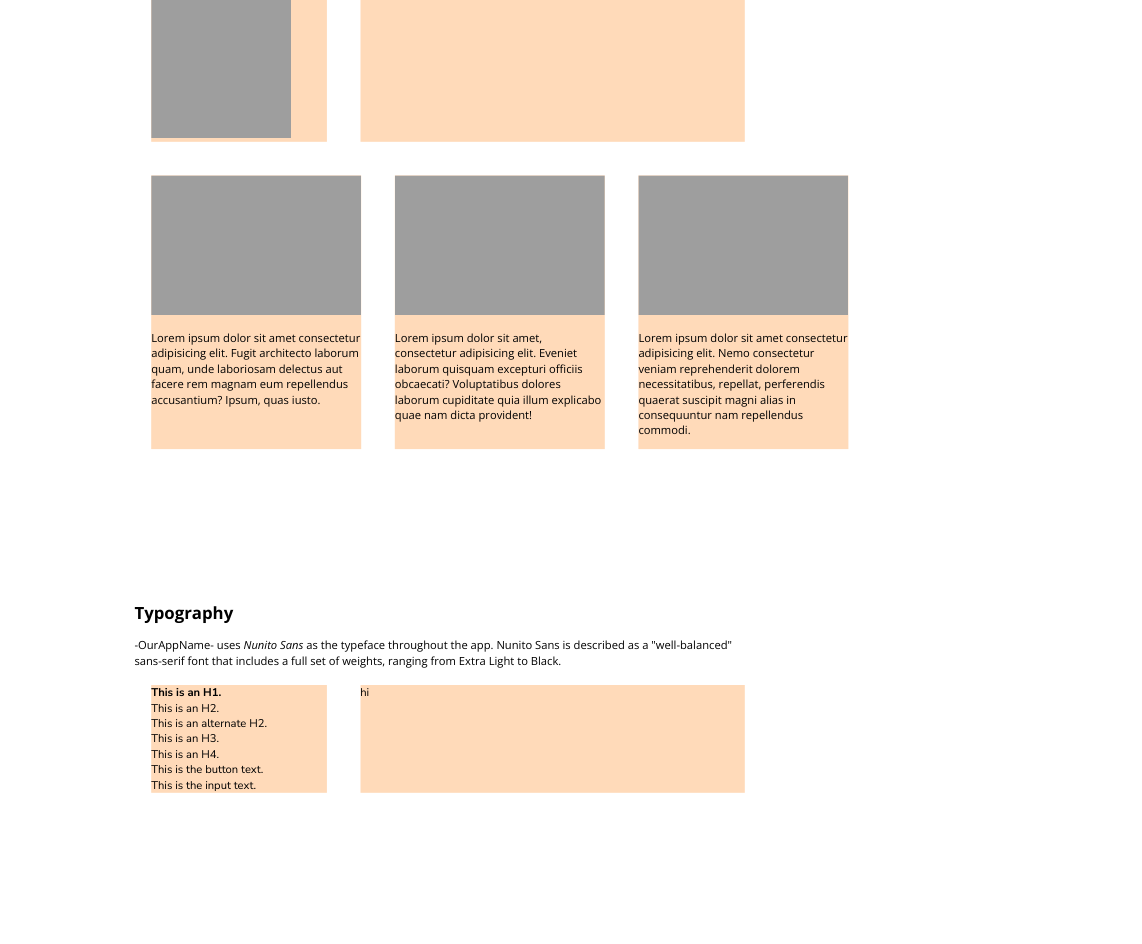
Repository: seohyun9672/Timearth-A6Styleguide
Page: page2.html
The author's editor kept a copy of each file at every save. The page is drawn from the files as they stood at one save, then again after the next save.
The browser window is 1280 px wide. The page is 1632 px wide, so the pictures cover 1632 px, including what lies to the right of the window. The pictures show the part of the page from y = 982 to 2502 px (the page is 2330 px tall before and 2747 px after), at 70% of full size.
Pictures or frames that could not be fetched are drawn as grey boxes.

Above is the page before, as saved 2022-03-19 17:27:32.

### page2.html
<!DOCTYPE html>
<html lang="en">
  <head>
    <meta charset="UTF-8" />
    <meta http-equiv="X-UA-Compatible" content="IE=edge" />
    <meta name="viewport" content="width=device-width, initial-scale=1.0" />
    <title>Document</title>
    <link rel="stylesheet" href="stylesheet.css" />
  </head>

  <body>
    <ul class="navbar">
      <li><a href="/page1.html">App Name</a></li>
      <div class="navbar-active">
        <li><a href="/page1.html">Logo</a></li>
        <li><a href="/page2.html">Colour & Typography</a></li>
        <li><a href="/page3.html">Imagery & Graphics</a></li>
        <li><a href="/ref.html">Reference</a></li>
      </div>
    </ul>
    <section class="color-palette page2">
      <h1>Color Palette</h1>
      <img class="palette" src="https://placekitten.com/1440/100" />
      <div>
        <h2>Description of colour palette</h2>
        <p>
          Lorem ipsum dolor sit amet, consectetur adipisicing elit. Culpa neque
          mollitia quae asperiores ad odit vitae iste minima totam harum
          distinctio qui beatae ea ut et adipisci, excepturi at iusto
          reprehenderit reiciendis fugit fuga nisi. Eligendi ut magni adipisci
          nulla architecto reprehenderit? Nemo eos accusamus optio nobis
          distinctio veritatis eius.
        </p>
      </div>
      <div></div>
      <div class="col-2">
        <div class="col">
          <img src="https://placekitten.com/200/600" />
        </div>
        <div class="col">Lorem ipsum dolor sit amet consectetur adipisicing elit. Corrupti laudantium illo iure alias recusandae accusamus reiciendis consequatur aliquid sint veritatis modi dolores, eveniet porro tempore similique aspernatur. Quas, hic quo sed necessitatibus illum suscipit molestiae consequuntur sit provident nobis ullam repellat obcaecati ipsa quos in cumque mollitia eius ratione facilis ut libero laboriosam tempora eum sint! Nisi sapiente veritatis ad iure esse magni reprehenderit odio non perferendis, sed recusandae beatae corporis quasi ipsam assumenda unde!</div>
      </div>
      <div class="row col-3">
        <div class="col">
          <img src="https://placekitten.com/300/200" />
          <p>
            Lorem ipsum dolor sit amet consectetur adipisicing elit. Fugit
            architecto laborum quam, unde laboriosam delectus aut facere rem
            magnam eum repellendus accusantium? Ipsum, quas iusto.
          </p>
        </div>
        <div class="col">
          <img src="https://placekitten.com/300/200" />
          <p>
            Lorem ipsum dolor sit amet, consectetur adipisicing elit. Eveniet
            laborum quisquam excepturi officiis obcaecati? Voluptatibus dolores
            laborum cupiditate quia illum explicabo quae nam dicta provident!
          </p>
        </div>
        <div class="col">
          <img src="https://placekitten.com/300/200" />
          <p>
            Lorem ipsum dolor sit amet consectetur adipisicing elit. Nemo
            consectetur veniam reprehenderit dolorem necessitatibus, repellat,
            perferendis quaerat suscipit magni alias in consequuntur nam
            repellendus commodi.
          </p>
        </div>
      </div>
    </section>
    <section class="typo page2">
      <h1>Typography</h1>
      <div>
        -OurAppName- uses <em>Nunito Sans</em> as the typeface throughout the
        app. Nunito Sans is described as a "well-balanced" sans-serif font that includes a full set of weights, ranging from Extra Light to Black.
      </div>
      <div class="col-2">
        <div class="col nunito">
            <div class="nh1">This is an H1.</div>

            <div class="nh2">This is an H2.</div>

            <div class="nh2-2">This is an alternate H2.</div>

            <div class="nh3">This is an H3.</div>

            <div class="nh4">This is an H4.</div>

            <div class="nbtn">This is the button text.</div>

            <div class="ninput">This is the input text.</div>
        </div>
        <div class="col nunito">hi</div>
      </div>
    </section>
  </body>
</html>

### stylesheet.css
/* import fonts */
@import url('https://fonts.googleapis.com/css2?family=Nunito+Sans:ital,wght@0,200;0,300;0,400;0,600;0,700;0,800;0,900;1,200;1,300;1,400;1,600;1,700;1,800;1,900&family=Open+Sans:ital,wght@0,300;0,400;0,500;0,600;0,700;0,800;1,300;1,400;1,500;1,600;1,700;1,800&display=swap');

body{
    margin: 0;
    font-family: 'open sans', san-serif;
  }

/* NAVBAR */

ul {
  list-style-type: none;
  margin: 0;
  padding: 0;
  overflow: hidden;
  background-color: #333;
}

li {
  float: left;
}

li a {
  display: block;
  color: white;
  text-align: center;
  padding: 14px 16px;
  text-decoration: none;
}

li a:hover {
  background-color: #111;
}

.navbar-active{
    float: right;
}

/* LOGO */

.section-logo {
    display: flex;
    flex-direction: column;
    justify-content: flex-start;
    align-items: center;
}

.logo-description {
    display: flex;
}
.logo-variation {
    display: flex;
    justify-content: space-evenly;
}

.logo-colourpalette {
    display: flex;
    width: 100%;
    justify-content: space-between;
}

.section-cont {
    width: 940px;
}
.colour-cont {
    display: flex;
    flex-direction: column;
}
.colour-name {
    font-weight: bold;
}

.logo-typography {
    display: flex;
}

.logo-usage {
    display: flex;
    flex-direction: column;
}

.logo-usage-desc {
    display: flex;
}

.section-cont colour {
    display: flex;
}

/* page 2 */
.page2 {
    margin:12em;
}
.col-3 {
    display:grid;
    grid-template-columns: 1fr 1fr 1fr;
}
.col-2 {
    display:grid;
    grid-template-columns: 1fr 2fr;
}
.col {
    background-color:peachpuff;
    margin:1.5em;
}
.nunito {
    font-family: 'nunito sans', Arial, Helvetica, sans-serif;
}
.nh1 {
    font-weight: bold;
}

After the next save:
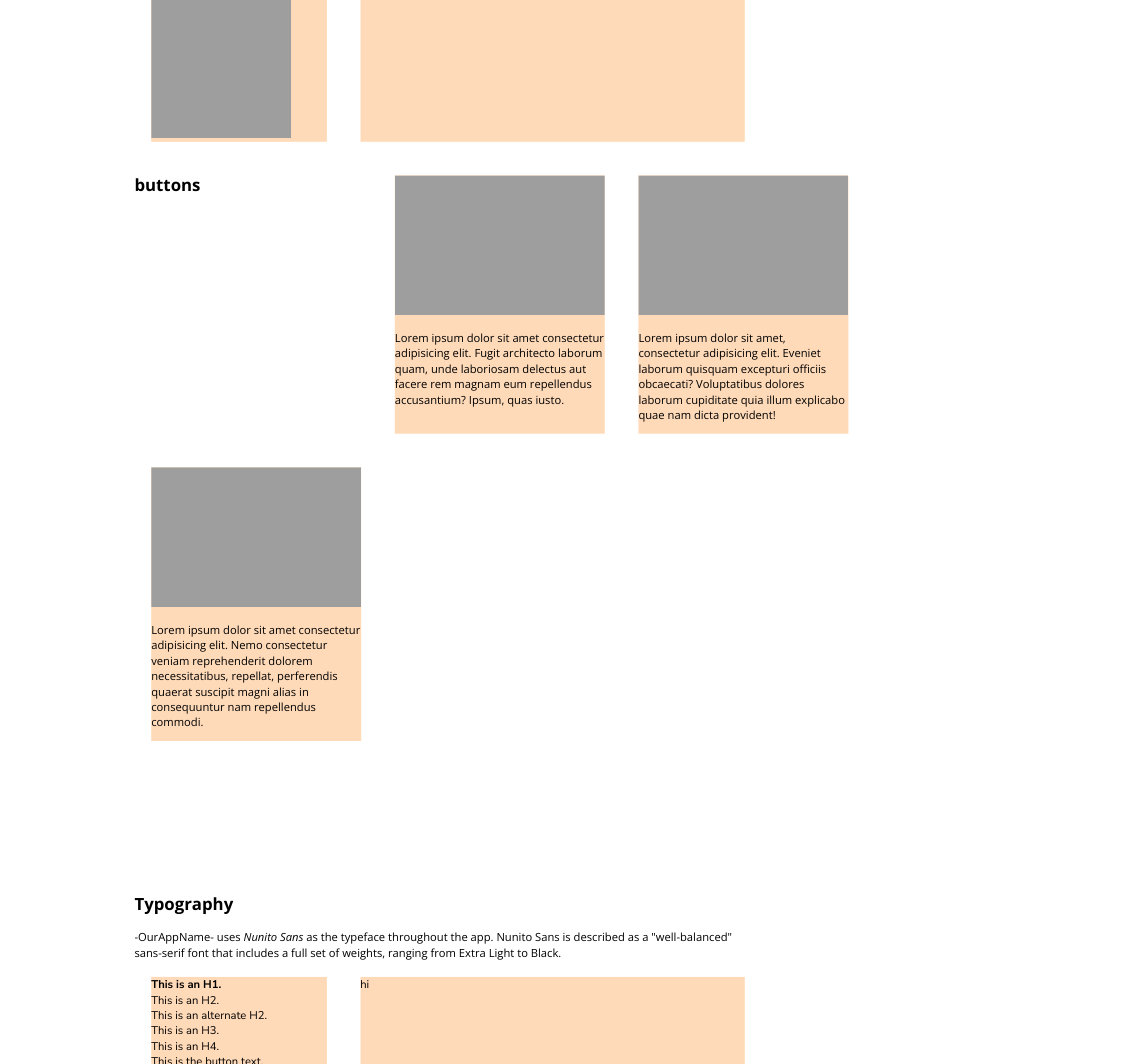
Saved 33 s later.
--- a/page2.html
+++ b/page2.html
@@ -40,6 +40,7 @@
         <div class="col">Lorem ipsum dolor sit amet consectetur adipisicing elit. Corrupti laudantium illo iure alias recusandae accusamus reiciendis consequatur aliquid sint veritatis modi dolores, eveniet porro tempore similique aspernatur. Quas, hic quo sed necessitatibus illum suscipit molestiae consequuntur sit provident nobis ullam repellat obcaecati ipsa quos in cumque mollitia eius ratione facilis ut libero laboriosam tempora eum sint! Nisi sapiente veritatis ad iure esse magni reprehenderit odio non perferendis, sed recusandae beatae corporis quasi ipsam assumenda unde!</div>
       </div>
       <div class="row col-3">
+          <h2>buttons</h2>
         <div class="col">
           <img src="https://placekitten.com/300/200" />
           <p>
